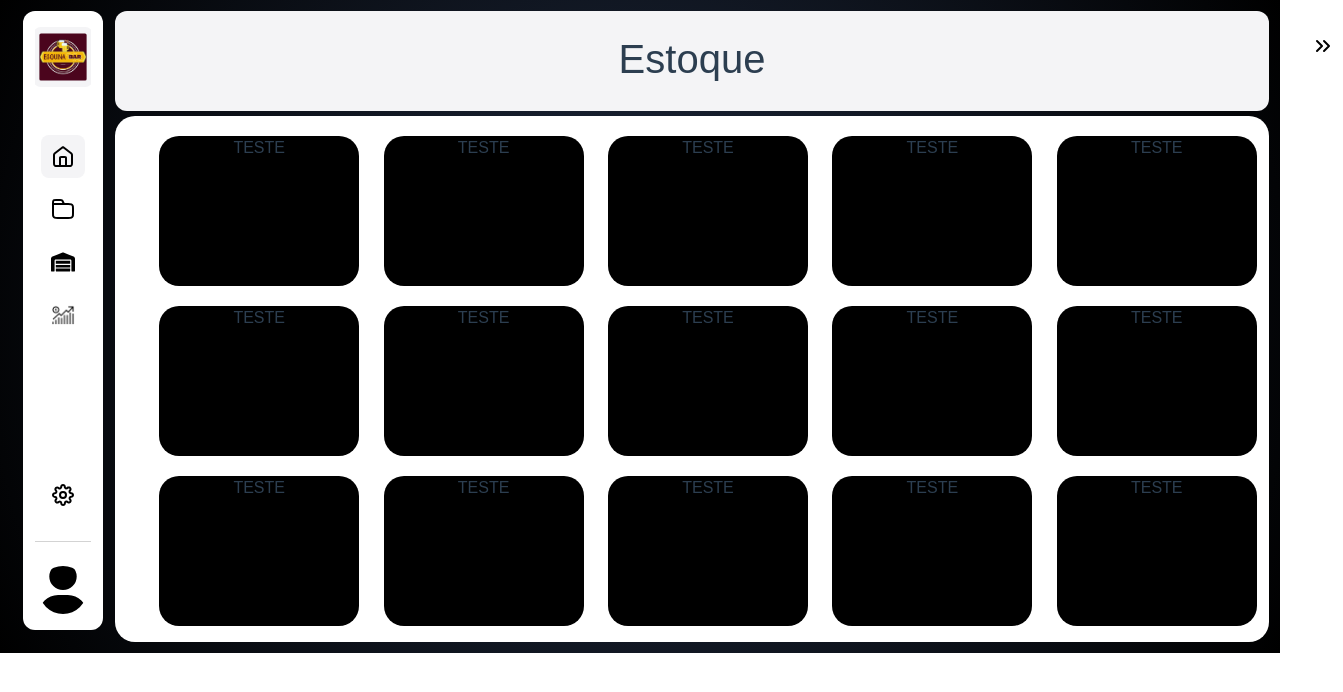
Repository: jazaoo13/Projeto_Oficina_Integracao
Page: / (app in Aplicacao_vue/)
These files come from the project's save history. The page is drawn as it stood at one moment and after the next save; the edit follows.
The browser window is 1280 px wide. The page is 1343 px wide, so the pictures cover 1343 px, including what lies to the right of the window. The pictures show the whole page.
The page's requests for data from a server got no answer. The project was rebuilt for these pictures with package versions that can differ from the ones it lists, and the page was loaded fresh each time. No one was signed in, and anything a server would have sent is missing. Also part of the build but not shown: Aplicacao_vue/vue.config.js, Aplicacao_vue/src/View/jazao.vue.

Above is the page before, as saved 2023-11-19 17:36:47.

After the next save:
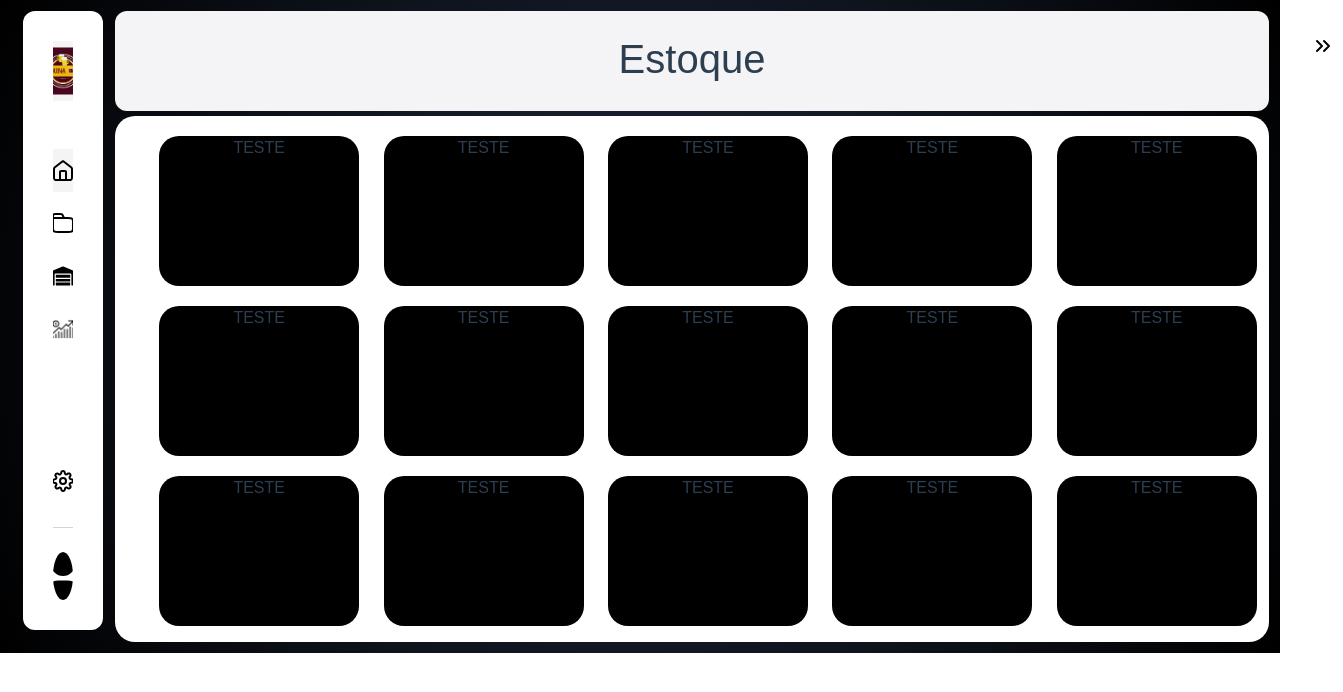
Saved 41 s later.
--- a/Aplicacao_vue/src/View/Sidebar.vue
+++ b/Aplicacao_vue/src/View/Sidebar.vue
@@ -115,7 +115,7 @@ a:hover {
     width: 5rem;
     height: calc(100% - 0.75rem);
     background-color: #ffffff;
-    padding: 1rem 0.75rem;
+    //padding: 1rem 0.75rem;
     border-radius: 0.75rem;
     display: flex;
     flex-direction: column;
